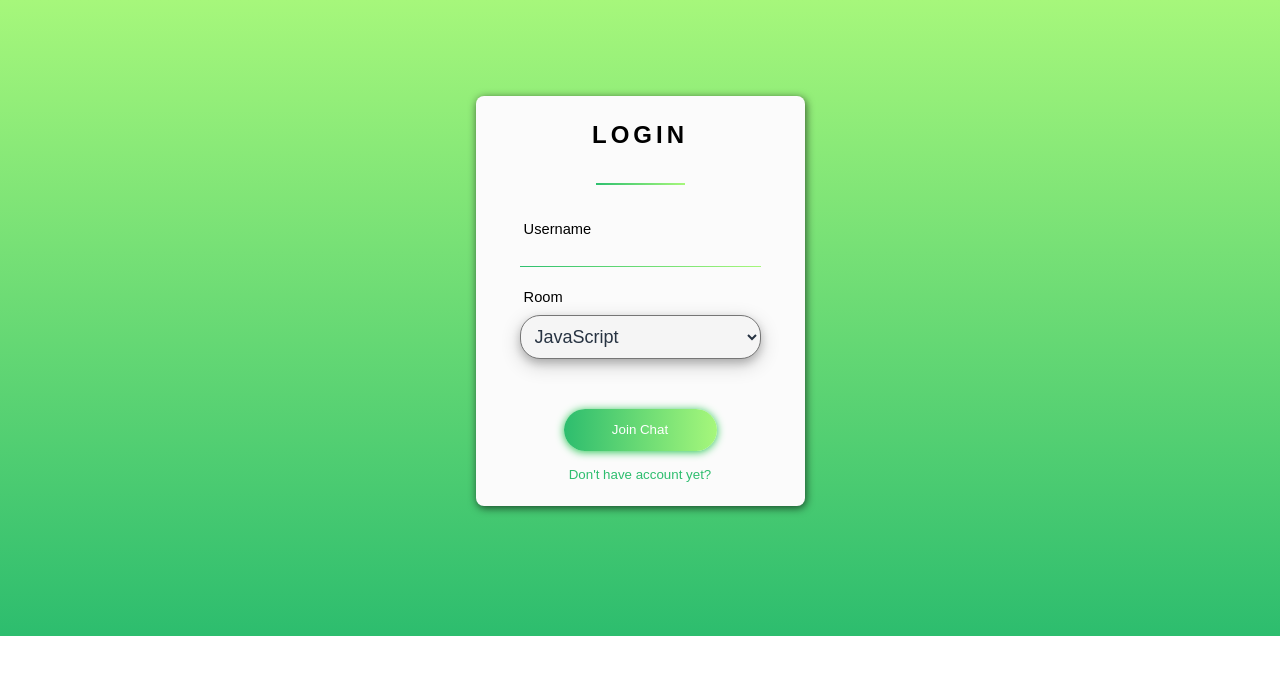
Repository: satyam12116/chat
Page: public/index.html
An editor plug-in stored every save of this project. The page is shown before and after the next save, followed by the edit.
The browser window is 1280 px wide. The pictures show the whole page.
Some web libraries are served in a nearby version.

Above is the page before, as saved 2023-03-26 11:47:00.

After the next save:
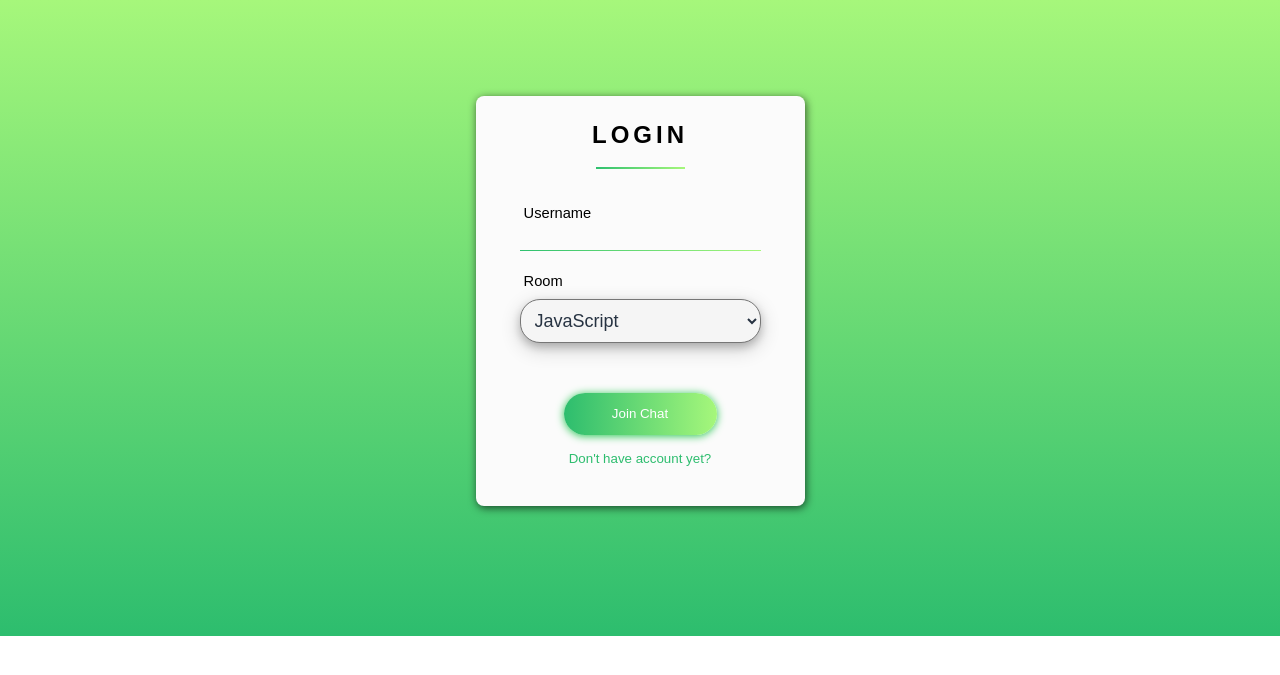
Saved 16 s later.
--- a/public/css/style.css
+++ b/public/css/style.css
@@ -330,7 +330,7 @@ a {
   .underline-title {
 	background: -webkit-linear-gradient(right, #a6f77b, #2ec06f);
 	height: 2px;
-	margin: 2.1rem auto 0 auto;
+	margin: 1.1rem auto 0 auto;
 	width: 89px;
   }
   #my{
